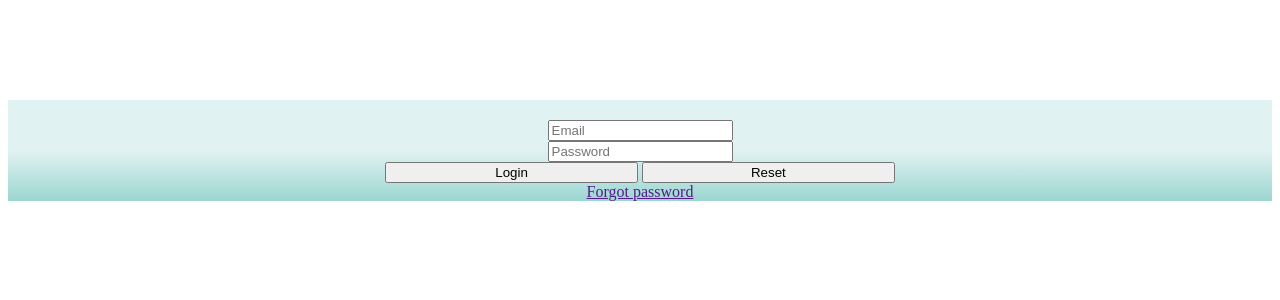
Repository: Indurupi/FriendZone
Page: FriendZoneFrontEnd/WebContent/js/service/login.html
An editor plug-in stored every save of this project. The page is shown before and after the next save, followed by the edit.
The browser window is 1280 px wide. The pictures show the whole page.

Above is the page before, as saved 2017-03-20 09:19:26.

After the next save:
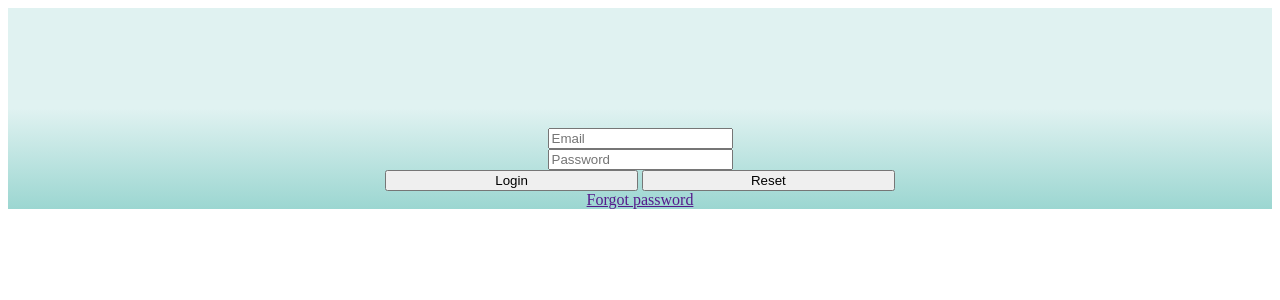
Saved 10 s later.
--- a/FriendZoneFrontEnd/WebContent/js/service/login.html
+++ b/FriendZoneFrontEnd/WebContent/js/service/login.html
@@ -12,7 +12,7 @@ body
 	background: linear-gradient(to bottom, #e0f2f1 50%, #80cbc4 120%);
 	color: #ffffff;
 	height: 91%;
-	margin-top: 100px;
+	padding-top: 100px;
 }
 </style>
 </head>
